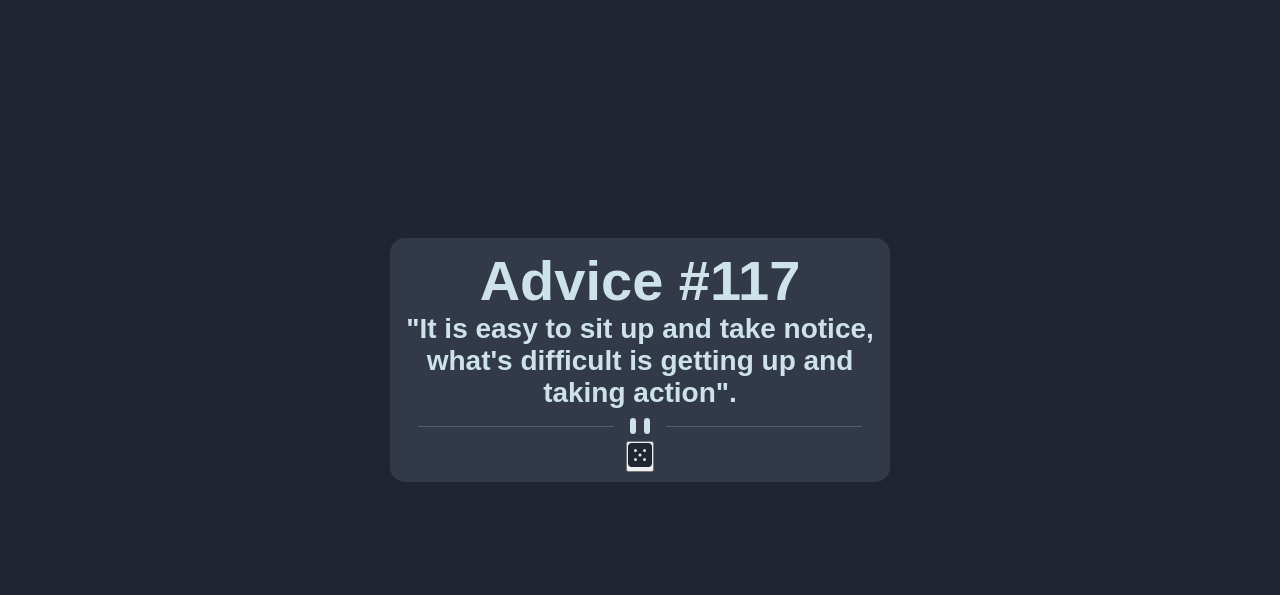
Repository: Daki-builds/advice-generator-app
Page: index.html
These files come from the project's save history. The page is drawn as it stood at one moment and after the next save; the edit follows.
The browser window is 1280 px wide. The pictures show the whole page.

Above is the page before, as saved 2026-10-08 18:37:00.

### index.html
<!DOCTYPE html>
<html lang="en">

<head>
  <meta charset="UTF-8">
  <meta name="viewport" content="width=device-width, initial-scale=1.0">
  <link rel="icon" type="image/png" sizes="32x32" href="./images/favicon-32x32.png">
  <link rel="stylesheet" href="style.css">
  <title>Frontend Mentor | Advice generator app</title>

</head>

<body>
  <main class="container">
    <h1>Advice #<span id="advice-id">117</span></h1>
    <p id="adviceText">"It is easy to sit up and take notice, what's difficult is getting up and taking action".</p>
    <div>
      <img src="./images/pattern-divider-desktop.svg" alt="divider">
    </div>
    <button id="adviceBtn"><img src="./images/icon-dice.svg" alt="dice">
    </button>
  </main>
</body>

</html>

### style.css
* {
  margin: 0;
  padding: 0;
  box-sizing: border-box;
}

:root {
  --blue-200: hsl(193, 38%, 86%);
  --green-300: hsl(150, 100%, 66%);
  --blue-600: hsl(217, 19%, 38%);
  --blue-900: hsl(217, 19%, 24%);
  --blue-950: hsl(218, 23%, 16%);

  --font-family: "Manrope", sans-serif;
  --font-weight: 800;
  --font-size: 28px;
}

body {
  font-family: var(--font-family);
  font-weight: var(--font-weight);
  font-size: var(--font-size);
  background-color: var(--blue-950);
  color: var(--blue-200);
  display: flex;
  justify-content: center;
  align-items: center;
  min-height: 100vh;
}

.container {
  background-color: var(--blue-900);
  display: flex;
  flex-direction: column;
  align-items: center;
  padding: 10px;
  width: 39%;
  border-radius: 15px;
  text-align: center;
}

After the next save:
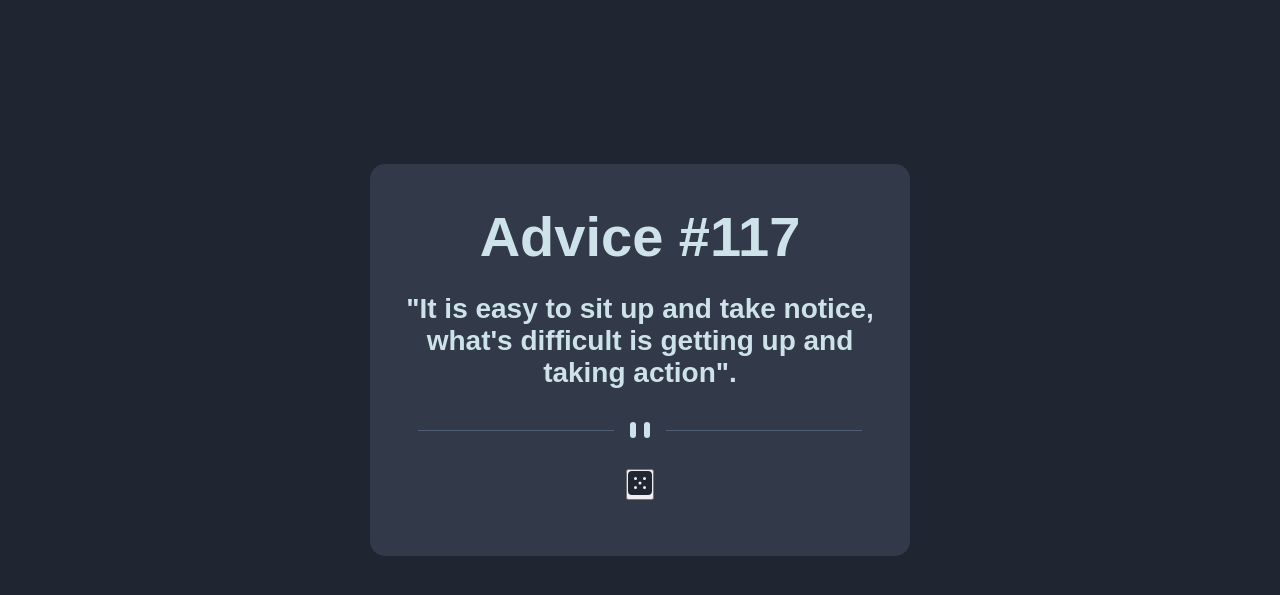
Saved 13 min 20 s later.
--- a/style.css
+++ b/style.css
@@ -29,12 +29,15 @@ body {
 }
 
 .container {
+  position: relative;
   background-color: var(--blue-900);
   display: flex;
   flex-direction: column;
   align-items: center;
-  padding: 10px;
-  width: 39%;
+  gap: 24px;
+  padding: 40px 24px 56px;
+  width: 100%;
+  max-width: 540px;
   border-radius: 15px;
   text-align: center;
 }
